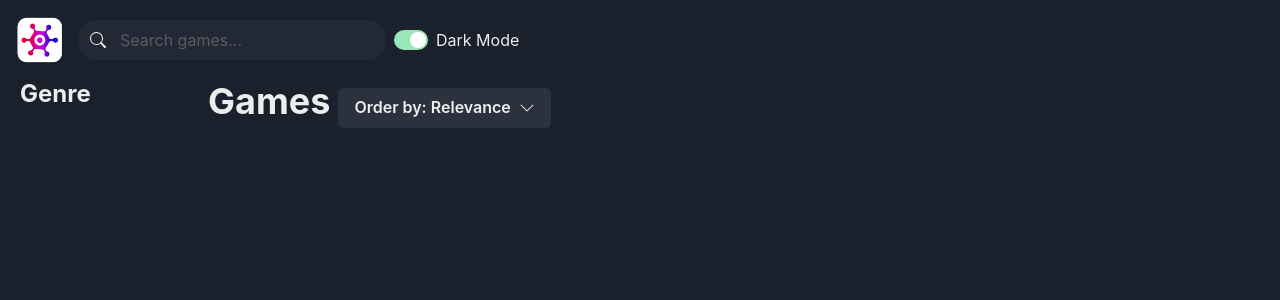
Repository: heyCaroline/game-hub
Page: /
The author's editor kept a copy of each file at every save. The page is drawn from the files as they stood at one save, then again after the next save.
The browser window is 1280 px wide. The pictures show the whole page.
The page's requests for data from a server got no answer. The project was rebuilt for these pictures with package versions that can differ from the ones it lists, and the page was loaded fresh each time. No one was signed in, and anything a server would have sent is missing. Also part of the build but not shown: vite.config.ts, src/components/PlatformIconList.tsx, src/components/CriticScore.tsx, src/components/GameCard.tsx.

Above is the page before, as saved 2025-05-23 17:56:47.

### src/main.tsx
import { StrictMode } from "react";
import { createRoot } from "react-dom/client";
import { ChakraProvider, ColorModeScript } from "@chakra-ui/react";
import App from "./App.tsx";
import theme from "./theme";
createRoot(document.getElementById("root")!).render(
  <StrictMode>
    <ChakraProvider theme={theme}>
      <ColorModeScript initialColorMode={theme.config.initialColorMode} />
      <App />
    </ChakraProvider>
  </StrictMode>
);

### src/App.tsx
import {
  Box,
  Flex,
  Grid,
  GridItem,
  Heading,
  HStack,
  Show,
} from "@chakra-ui/react";
import NavBar from "./components/NavBar";
import GameGrid from "./components/GameGrid";
import GenresList from "./components/GenresList";
import { useState } from "react";
import type { Genres } from "./hooks/useGenres";
import PlatformSelector from "./components/PlatformSelector";
import type { Platform } from "./hooks/usePlatform";
import SortSelector from "./components/SortSelector";
import GameHeading from "./components/GameHeading";
export interface GameQuery {
  genre: Genres | null;
  platform: Platform | null;
  sortOrder: string;
}
function App() {
  const [gameQuery, setGameQuery] = useState<GameQuery>({
    genre: null,
    platform: null,
    sortOrder: "",
  });
  return (
    <>
      <Grid
        templateAreas={{
          base: `"nav" "main"`,
          lg: `"nav nav" "aside main"`,
        }}
        templateColumns={{
          base: "1fr",
          lg: "200px 1fr",
        }}
      >
        <GridItem area="nav">
          <NavBar />
        </GridItem>
        <Show above="lg">
          <GridItem area="aside" paddingX={5}>
            <Heading fontSize="2xl" marginBottom={2}>
              Genre
            </Heading>
            <GenresList
              onSelectedGenre={(genre) => setGameQuery({ ...gameQuery, genre })}
              selectedGenre={gameQuery.genre}
            />
          </GridItem>{" "}
        </Show>
        <GridItem area="main">
          <Flex marginLeft={2}>
            <GameHeading gameQuery={gameQuery} />
            <HStack marginBottom={2} marginTop={2}>
              <PlatformSelector
                onSelectedPlatform={(platform) =>
                  setGameQuery({ ...gameQuery, platform })
                }
                selectedPlatform={gameQuery.platform}
              />
              <Box marginLeft={2}>
                <SortSelector
                  onSelectSortOrder={(sortOrder) =>
                    setGameQuery({ ...gameQuery, sortOrder })
                  }
                  sortOrder={gameQuery.sortOrder}
                />
              </Box>
            </HStack>
          </Flex>
          <GameGrid gameQuery={gameQuery} />
        </GridItem>
      </Grid>
    </>
  );
}

export default App;

### src/theme.ts
import { extendTheme, type ThemeConfig } from "@chakra-ui/react";

const config: ThemeConfig = {
  initialColorMode: "dark",
  useSystemColorMode: false,
};

const theme = extendTheme({ config });
export default theme;

### src/components/NavBar.tsx
import { HStack } from "@chakra-ui/react";
import logo from "../assets/logo.webp";
import { Image } from "@chakra-ui/react";
import ColorModeSwitch from "./ColorModeSwitch";
import SearchInput from "./SearchInput";
const NavBar = () => {
  return (
    <HStack padding="10px">
      <Image src={logo} boxSize="60px" />
      <SearchInput></SearchInput>
      <ColorModeSwitch />
    </HStack>
  );
};

export default NavBar;

### src/components/GameGrid.tsx
import useGames from "../hooks/useGames";
import { SimpleGrid, Text } from "@chakra-ui/react";
import GameCard from "./GameCard";
import GameCardSkeleton from "./GameCardSkeleton";
import GameCardContainer from "./GameCardContainer";
import type { GameQuery } from "../App";
interface Props {
  gameQuery: GameQuery;
}
const GameGrid = ({ gameQuery }: Props) => {
  const { data, error, isLoading } = useGames(gameQuery);
  const skeletons = [1, 2, 3, 4, 5, 6];
  if (error) return null;
  return (
    <SimpleGrid
      columns={{ sm: 1, md: 2, lg: 3, xl: 4 }}
      padding="10px"
      spacing={6}
    >
      {isLoading &&
        skeletons.map((skeletons) => (
          <GameCardContainer key={skeletons}>
            <GameCardSkeleton />
          </GameCardContainer>
        ))}
      {data.map((g) => (
        <GameCardContainer key={g.id}>
          <GameCard game={g} />
        </GameCardContainer>
      ))}
    </SimpleGrid>
  );
};

export default GameGrid;

### src/components/GenresList.tsx
import useGenres from "../hooks/useGenres";
import {
  Image,
  List,
  ListItem,
  HStack,
  Button,
  Spinner,
} from "@chakra-ui/react";
import getCroppedImageUrl from "../services/image-url";
import type { Genres } from "../hooks/useGenres";
interface Props {
  onSelectedGenre: (genre: Genres) => void;
  selectedGenre: Genres | null;
}
const GenresList = ({ onSelectedGenre, selectedGenre }: Props) => {
  const { data, isLoading, error } = useGenres();
  if (error) return null;
  if (isLoading) return <Spinner />;
  return (
    <List>
      {data.map((genre) => (
        <ListItem key={genre.id} paddingY={2}>
          <HStack>
            <Image
              src={getCroppedImageUrl(genre.image_background)}
              boxSize="32px"
              borderRadius={8}
              objectFit="cover"
            />
            <Button
              onClick={() => onSelectedGenre(genre)}
              variant="link"
              fontSize="lg"
              whiteSpace="normal"
              textAlign="left"
              fontWeight={selectedGenre?.id === genre.id ? "bold" : "normal"}
            >
              {genre.name}
            </Button>
          </HStack>
        </ListItem>
      ))}
    </List>
  );
};

export default GenresList;

### src/components/PlatformSelector.tsx
import { Menu, MenuButton, MenuItem, MenuList } from "@chakra-ui/react";
import { Button } from "@chakra-ui/react";
import { BsChevronDown } from "react-icons/bs";
import usePlatform, { type Platform } from "../hooks/usePlatform";
interface Props {
  onSelectedPlatform: (platform: Platform) => void;
  selectedPlatform: Platform | null;
}

const PlatformSelector = ({ onSelectedPlatform, selectedPlatform }: Props) => {
  const { data, error } = usePlatform();
  if (error) return null;
  return (
    <Menu>
      <MenuButton as={Button} rightIcon={<BsChevronDown />}>
        {selectedPlatform?.name || "Platform"}
      </MenuButton>
      <MenuList>
        {data.map((platform) => (
          <MenuItem
            key={platform.id}
            onClick={() => onSelectedPlatform(platform)}
          >
            {platform.name}
          </MenuItem>
        ))}
      </MenuList>
    </Menu>
  );
};

export default PlatformSelector;

### src/components/SortSelector.tsx
import { Button, Menu, MenuButton, MenuItem, MenuList } from "@chakra-ui/react";
import { BsChevronDown } from "react-icons/bs";
interface Props {
  onSelectSortOrder: (sortOrder: string) => void;
  sortOrder: string;
}
const SortSelector = ({ onSelectSortOrder, sortOrder }: Props) => {
  const sortOrders = [
    { value: "", label: "Relevance" },
    { value: "-added", label: "Date added" },
    { value: "name", label: "Name" },
    { value: "-released", label: "Release date" },
    { value: "-metacritic", label: "Popularity" },
    { value: "-rating", label: "Average rating" },
  ];
  const currentSortOrder = sortOrders.find((s) => s.value === sortOrder);
  return (
    <Menu>
      <MenuButton as={Button} rightIcon={<BsChevronDown />}>
        Order by: {currentSortOrder?.label || "Relevance"}
      </MenuButton>
      <MenuList>
        {sortOrders.map((sortOrder) => (
          <MenuItem
            key={sortOrder.value}
            onClick={() => onSelectSortOrder(sortOrder.value)}
          >
            {sortOrder.label}
          </MenuItem>
        ))}
      </MenuList>
    </Menu>
  );
};

export default SortSelector;

### src/components/GameHeading.tsx
import { Heading } from "@chakra-ui/react";
import type { GameQuery } from "../App";
interface Props {
  gameQuery: GameQuery;
}
const GameHeading = ({ gameQuery }: Props) => {
  const heading = `${gameQuery.genre?.name || ""} ${
    gameQuery.platform?.name || ""
  } Games`;
  return <Heading>{heading}</Heading>;
};

export default GameHeading;

### src/components/ColorModeSwitch.tsx
import { HStack, Switch, useColorMode, Text } from "@chakra-ui/react";

const ColorModeSwitch = () => {
  const { colorMode, toggleColorMode } = useColorMode();
  return (
    <HStack>
      <Switch
        colorScheme="green"
        isChecked={colorMode === "dark"}
        onChange={toggleColorMode}
      />
      <Text whiteSpace="nowrap">Dark Mode</Text>
    </HStack>
  );
};

export default ColorModeSwitch;

### src/components/SearchInput.tsx
import { Input, InputGroup, InputLeftElement } from "@chakra-ui/react";
import { form } from "framer-motion/client";
import { useRef, type FormEvent } from "react";
import { BsSearch } from "react-icons/bs";
import type { GameQuery } from "../App";
interface Props {
  onSearch: (gameQuery: GameQuery) => void;
}
const SearchInput = ({ onSearch }: Props) => {
  const ref = useRef<HTMLInputElement>(null);
  const handleSubmit = (event: FormEvent) => {
    event.preventDefault();
    if (ref.current) {
      onSearch(ref.current.value);
    }
  };
  return (
    <form onSubmit={handleSubmit}>
      <InputGroup>
        <InputLeftElement children={<BsSearch />} />
        <Input
          ref={ref}
          borderRadius="20px"
          placeholder="Search games..."
          variant="filled"
        ></Input>
      </InputGroup>
    </form>
  );
};

export default SearchInput;

### src/hooks/useGames.ts
import type { GameQuery } from "../App";
import useData from "./useData";

export interface Platform {
  id: number;
  name: string;
  slug: string;
}
export interface Game {
  name: string;
  id: number;
  background_image: string;
  parent_platforms: { platform: Platform }[];
  metacritic: number;
}
const useGames = (gameQuery: GameQuery) =>
  useData<Game>(
    "/games",
    {
      params: {
        genres: gameQuery.genre?.id,
        platforms: gameQuery.platform?.id,
        sortOrder: gameQuery.sortOrder,
      },
    },
    [gameQuery]
  );
export default useGames;

### src/components/GameCardSkeleton.tsx
import { Card, CardBody, SkeletonText, Skeleton } from "@chakra-ui/react";
const GameCardSkeleton = () => {
  return (
    <Card>
      <Skeleton height="200px" />
      <CardBody>
        <SkeletonText />
      </CardBody>
    </Card>
  );
};

export default GameCardSkeleton;

### src/components/GameCardContainer.tsx
import { Box } from "@chakra-ui/react";
import type { ReactNode } from "react";

interface Props {
  children: ReactNode;
}
const GameCardContainer = ({ children }: Props) => {
  return (
    <Box borderRadius="10px" overflow="hidden">
      {children}
    </Box>
  );
};

export default GameCardContainer;

### src/hooks/useGenres.ts
import useData from "./useData";

export interface Genres {
  id: number;
  name: string;
  image_background: string;
}
const useGenres = () => useData<Genres>("/genres");
export default useGenres;

### src/services/image-url.ts
import noImage from "../assets/no-image-placeholder.webp";
const getCroppedImageUrl = (url: string) => {
  if (!url) return noImage;
  const target = "media/";
  const index = url.indexOf(target) + target.length;
  return url.slice(0, index) + "crop/600/400/" + url.slice(index);
};

export default getCroppedImageUrl;

### src/hooks/usePlatform.ts
import useData from "./useData";

export interface Platform {
  id: number;
  name: string;
  slug: string;
}

const usePlatform = () => useData<Platform>("/platforms/lists/parents");
export default usePlatform;

### src/hooks/useData.ts
import { useEffect, useState } from "react";
import apiClient from "../service/api-client";
import { CanceledError, type AxiosRequestConfig } from "axios";

interface FetchResponse<T> {
  count: number;
  results: T[];
}
const useData = <T>(
  endpoint: string,
  requestConfig?: AxiosRequestConfig,
  deps?: any
) => {
  const [data, setData] = useState<T[]>([]);
  const [isLoading, setIsLoading] = useState(false);
  const [error, setError] = useState("");
  useEffect(
    () => {
      const controller = new AbortController();
      setIsLoading(true);
      apiClient
        .get<FetchResponse<T>>(endpoint, {
          signal: controller.signal,
          ...requestConfig,
        })
        .then((res) => {
          setData(res.data.results);
          setIsLoading(false);
        })
        .catch((err) => {
          if (err instanceof CanceledError) return;
          setError(err.message);
          setIsLoading(false);
        });
      return () => controller.abort();
    },
    deps ? [...deps] : []
  );
  return { data, error, isLoading };
};
export default useData;

### src/service/api-client.ts
import axios from "axios";
export default axios.create({
  baseURL: "https://api.rawg.io/api",
  params: {
    key: "a841d5a4ef7b426f9432d3ffd1989b69",
  },
});

Loaded but not shown: index.html (common file)

After the next save:
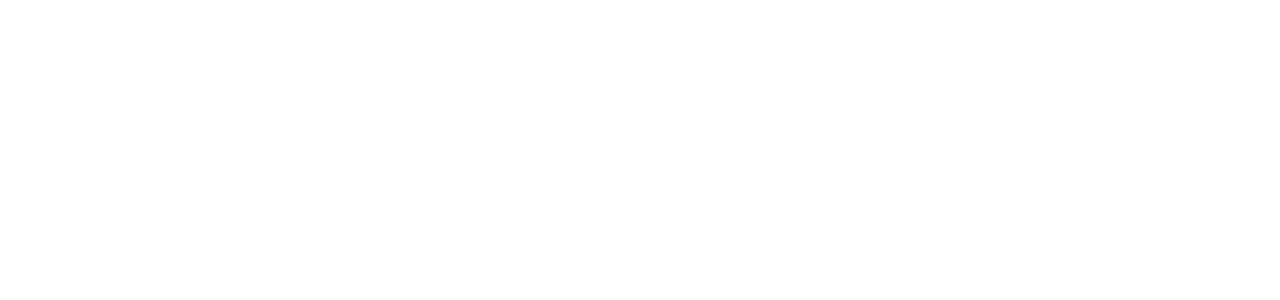
Console error: ReferenceError: ref is not defined
Saved 27 s later.
--- a/src/components/SearchInput.tsx
+++ b/src/components/SearchInput.tsx
@@ -7,8 +7,8 @@
   onSearch: (gameQuery: GameQuery) => void;
 }
 const SearchInput = ({ onSearch }: Props) => {
-  const ref = useRef<HTMLInputElement>(null);
   const handleSubmit = (event: FormEvent) => {
+    const ref = useRef<HTMLInputElement>(null);
     event.preventDefault();
     if (ref.current) {
       onSearch(ref.current.value);

After the 5 saves that followed:
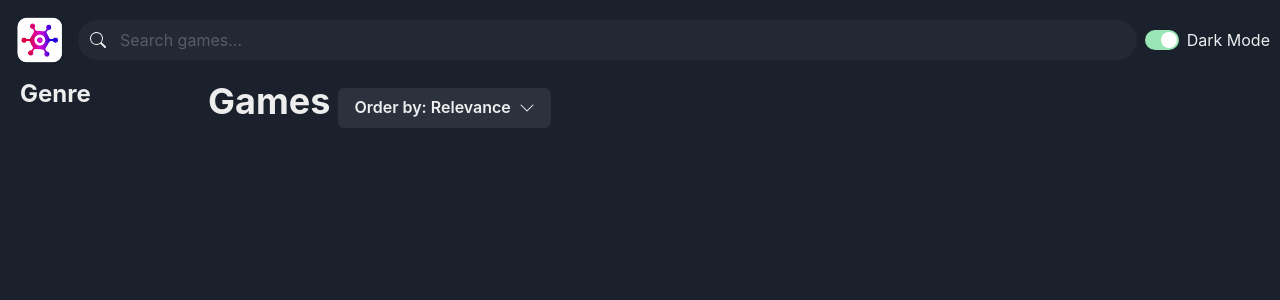
The error is gone.
The 5 saves are shown as one change because 4 left the picture as it was.
The last was saved 5 min 0 s later.
--- a/src/App.tsx
+++ b/src/App.tsx
@@ -20,12 +20,14 @@
   genre: Genres | null;
   platform: Platform | null;
   sortOrder: string;
+  searchText: string;
 }
 function App() {
   const [gameQuery, setGameQuery] = useState<GameQuery>({
     genre: null,
     platform: null,
     sortOrder: "",
+    searchText: "",
   });
   return (
     <>
--- a/src/components/NavBar.tsx
+++ b/src/components/NavBar.tsx
@@ -7,7 +7,9 @@
   return (
     <HStack padding="10px">
       <Image src={logo} boxSize="60px" />
-      <SearchInput></SearchInput>
+      <SearchInput
+        onSearch={(searchText) => console.log(searchText)}
+      ></SearchInput>
       <ColorModeSwitch />
     </HStack>
   );
--- a/src/components/SearchInput.tsx
+++ b/src/components/SearchInput.tsx
@@ -1,29 +1,33 @@
 import { Input, InputGroup, InputLeftElement } from "@chakra-ui/react";
-import { form } from "framer-motion/client";
-import { useRef, type FormEvent } from "react";
+import { FormEvent, useRef } from "react"; // 导入 useRef 和 FormEvent
 import { BsSearch } from "react-icons/bs";
-import type { GameQuery } from "../App";
+
 interface Props {
-  onSearch: (gameQuery: GameQuery) => void;
+  onSearch: (searchText: string) => void;
 }
+
 const SearchInput = ({ onSearch }: Props) => {
+  const ref = useRef<HTMLInputElement>(null);
+
   const handleSubmit = (event: FormEvent) => {
-    const ref = useRef<HTMLInputElement>(null);
     event.preventDefault();
     if (ref.current) {
       onSearch(ref.current.value);
     }
   };
+
   return (
-    <form onSubmit={handleSubmit}>
+    <form onSubmit={handleSubmit} style={{ width: "100%" }}>
+      {" "}
+      {/* 临时内联样式，后改为全局 */}
       <InputGroup>
         <InputLeftElement children={<BsSearch />} />
         <Input
-          ref={ref}
-          borderRadius="20px"
+          ref={ref} // 关联 ref
+          borderRadius={20}
           placeholder="Search games..."
           variant="filled"
-        ></Input>
+        />
       </InputGroup>
     </form>
   );
